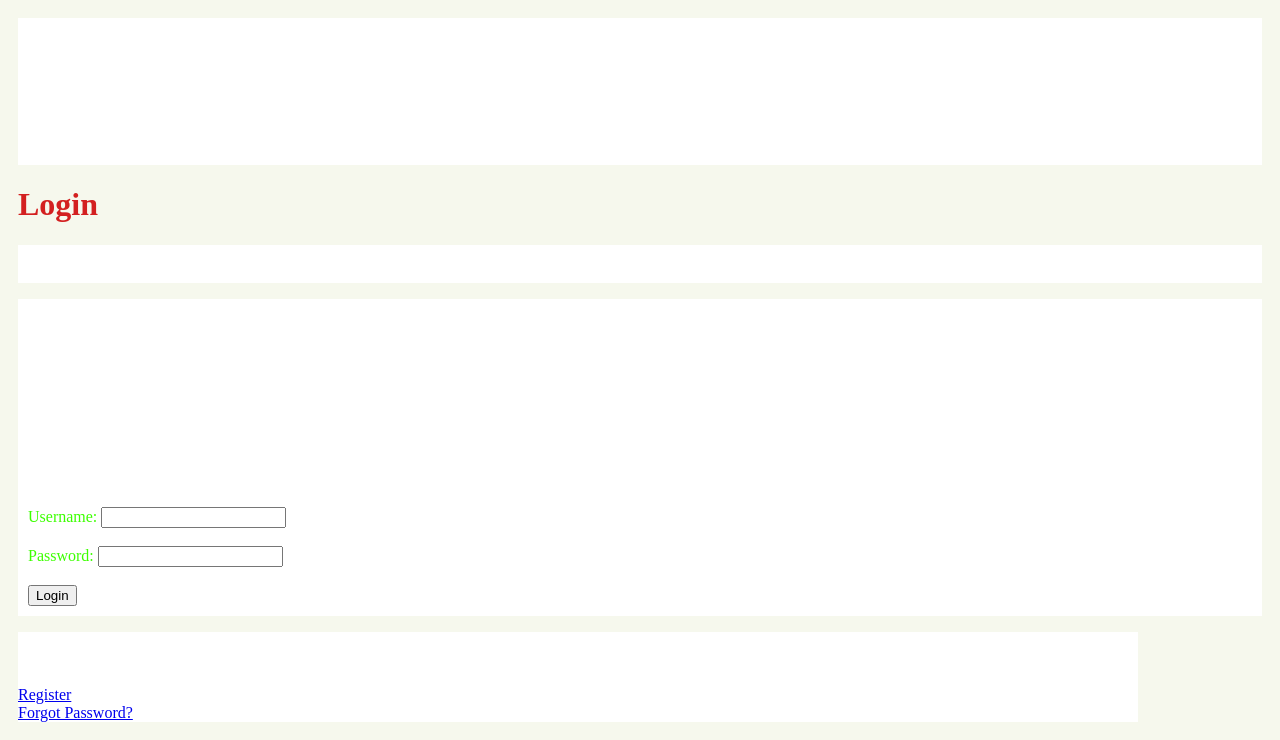
Repository: Gianeuz/CD-Miranda
Page: login/login.html
The author's editor kept a copy of each file at every save. The page is drawn from the files as they stood at one save, then again after the next save.
The browser window is 1280 px wide. The pictures show the whole page.

Above is the page before, as saved 2026-09-25 00:00:30.

After the next save:
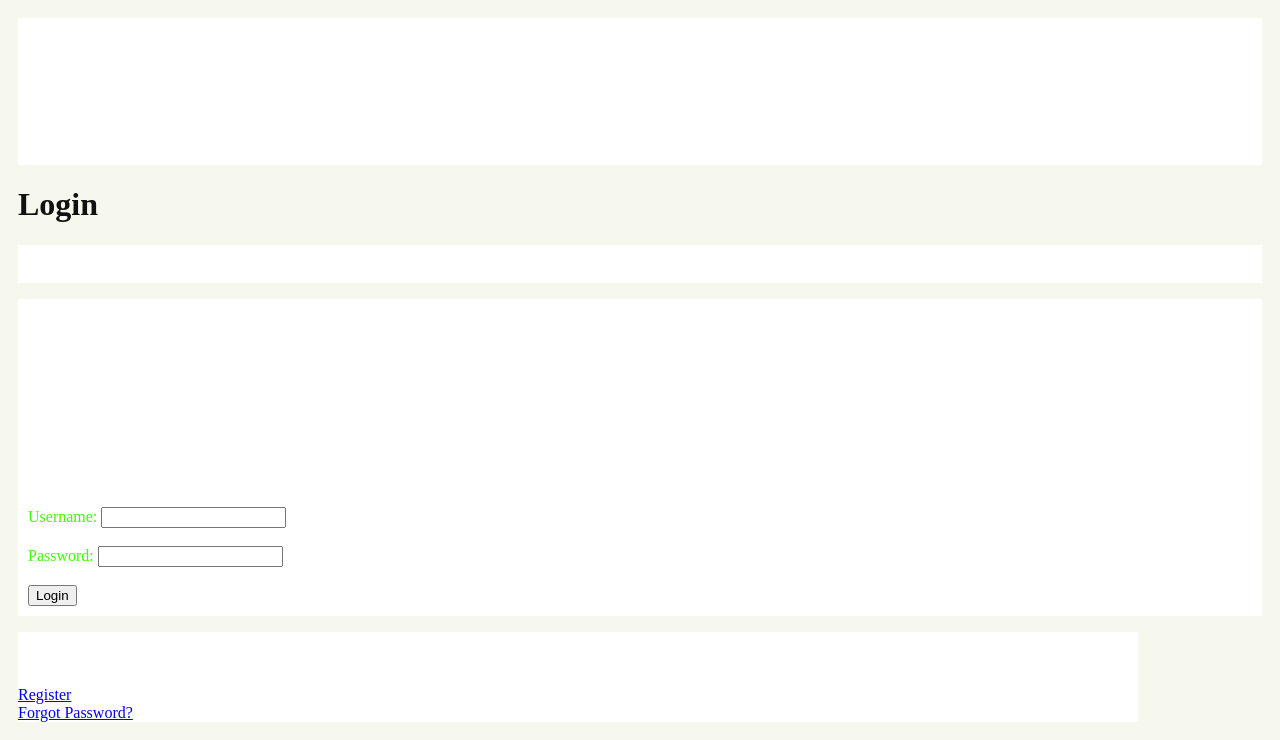
Saved 5 s later.
--- a/login/login.css
+++ b/login/login.css
@@ -1,6 +1,6 @@
 body {
     background-color: #f6f8ed;
-    color: rgb(211, 32, 32);
+    color: rgb(17, 17, 17);
     padding: 10px;
     text-align: left;
 }
